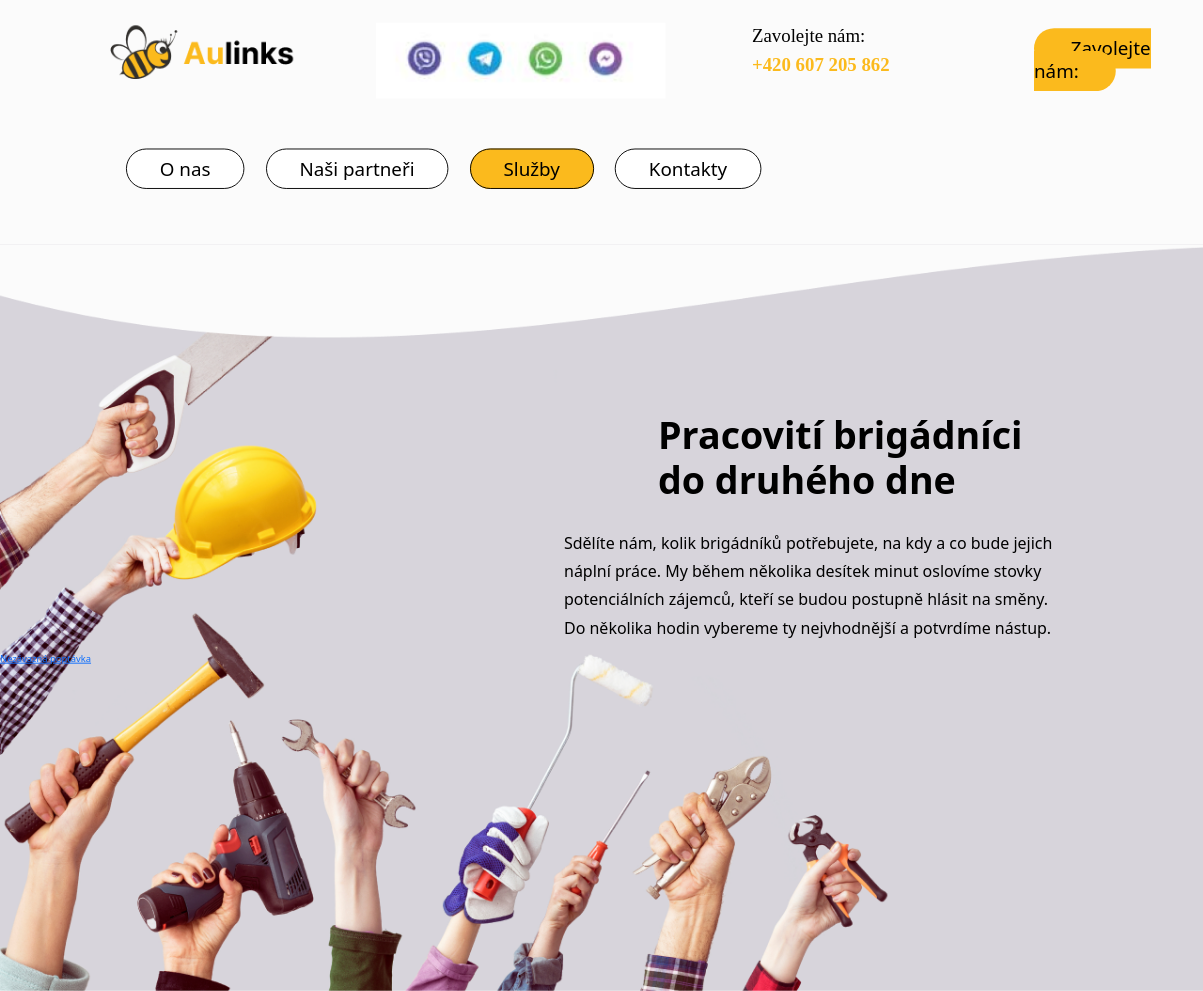
Repository: bilday08/aulinks
Page: index.html
The author's editor kept a copy of each file at every save. The page is drawn from the files as they stood at one save, then again after the next save.
The browser window is 1280 px wide. The pictures show the whole page, at 94% of full size.
Some web fonts or font styles are not loaded; a fallback is used.

Above is the page before, as saved 2022-12-07 13:42:03.

### index.html
<!DOCTYPE html>
<html lang="en">
<head>
    <meta charset="UTF-8">
    <meta http-equiv="X-UA-Compatible" content="IE=edge">
    <meta name="viewport" content="width=device-width, initial-scale=1.0">
    <title>Aulinks</title>
    <link rel="stylesheet" href="./reset.css">
    <link rel="stylesheet" href="./style.css">
    <link
    rel="stylesheet"
    href="https://cdnjs.cloudflare.com/ajax/libs/font-awesome/6.2.0/css/all.min.css"
    integrity="sha512-xh6O/CkQoPOWDdYTDqeRdPCVd1SpvCA9XXcUnZS2FmJNp1coAFzvtCN9BmamE+4aHK8yyUHUSCcJHgXloTyT2A=="
    crossorigin="anonymous"
    referrerpolicy="no-referrer" />
    <link
    href="https://cdn.jsdelivr.net/npm/bootstrap@5.2.1/dist/css/bootstrap.min.css"
    rel="stylesheet"
    integrity="sha384-iYQeCzEYFbKjA/T2uDLTpkwGzCiq6soy8tYaI1GyVh/UjpbCx/TYkiZhlZB6+fzT"
    crossorigin="anonymous">
    <script
    src="https://cdn.jsdelivr.net/npm/bootstrap@5.2.1/dist/js/bootstrap.bundle.min.js"
    integrity="sha384-u1OknCvxWvY5kfmNBILK2hRnQC3Pr17a+RTT6rIHI7NnikvbZlHgTPOOmMi466C8"
    crossorigin="anonymous">
    </script>
    <link rel="preconnect" href="https://fonts.googleapis.com">
    <link rel="preconnect" href="https://fonts.gstatic.com" crossorigin>
    <link
    href="https://fonts.googleapis.com/css2?family=Inter+Tight:ital,wght@0,100;0,200;0,300;0,400;0,500;0,600;0,700;0,800;0,900;1,200;1,300;1,400;1,500;1,600;1,700;1,800;1,900&family=Inter:wght@100;200;300;400;500;600;700;800;900&display=swap"
    rel="stylesheet">
</head>
<body>
    <div class="wrapper">
        <header class="header">
            <div class="container_fluid_header">
                <div class="header__logo">
                    <img class="logo_images" src="./images/Header/logo.png" alt="logo"/>
                    <img class="logo_text" src="./images/Header/logotext.png" alt="logo"/>
                </div>
                <div class="header__contact">
                    <img class="contact_images" src="./images/Header/contact.png" alt="contact">
                </div>
                <div class="header__text">
                    <span class="text_name">Zavolejte nám:</span>
                    <span class="text_number">+420 607 205 862</span>
                </div>
                <div class="header__button">
                    <a href="#" class="button_name">Zavolejte nám:</a>
                </div>
                <div class="herder__button_white">
                    <a href="#" class="button_name_white">O nas</a>
                    <a href="#" class="button_name_white">Naši partneři</a>
                    <a href="#" class="button_name_white button_name_yellow">Služby</a>
                    <a href="#" class="button_name_white">Kontakty</a>
                </div>
            </div>
        </header>
    </div>
    <main>
        <div class="container_fluid_main">
            <div class="main__top_br">
                <img
                src="./images/Main/Rectangle 8 (9).png"
                alt="#" class="main_top_header"/>
                <h1 class="main_text">Pracovití brigádníci do druhého dne</h1>
                <p class="main_content">
                    Sdělíte nám, kolik brigádníků potřebujete,
                    na kdy a co bude jejich náplní práce. My během několika
                    desítek minut oslovíme stovky potenciálních zájemců, kteří
                    se budou postupně hlásit na směny. Do několika hodin vybereme
                    ty nejvhodnější a potvrdíme nástup.
                </p>
                <a href="#" class="main_button">Nezávazná poptávka</a>
            </div>
        </div>
    </main>
</body>
</html>

### style.css
html{
    font-size: 62.5%;
    /* 1rem=10px; */
}
* {
    box-sizing: border-box;
}
body{
    font-family: 'Inter Tight', sans-serif;
}
.container_fluid_header{
    max-width: 100%;
    height: 36rem;
    background-image: url(./images/Header/Rectangle\ 8\ \(10\).png);
    background-repeat: no-repeat;
    background-size: auto;
}
/* .header__logo{
    margin-top: 6rem;
} */
.logo_images{
    margin-left: 11.4rem;
    margin-top: 2rem;
    width: 7.8rem;
    height: 7.1rem;
}
.logo_text{
    margin-top: 2rem;
}
.contact_images{
    margin-left: 40rem;
    margin-top: -7rem;
    width: 30.8rem;
    height: 8.1rem;
}
.header__text{
    margin-left: 80rem;
    margin-top: -8rem;
}
.text_name{
    display: block;
    width: 14.5rem;
    height: 3rem;
    font-family: 'Inter Tight';
    font-weight: 400;
    font-size: 20px;
    line-height: 24px;
    color: black;
}
.text_number{
    color: #FBBA1D;
    width: 18.5rem;
    height: 2.4rem;
    font-family: 'Inter Tight';
    font-style: normal;
    font-weight: 700;
    font-size: 20px;
    line-height: 24px;
}
.header__button{
    margin-left: 110rem;
    margin-top: -4rem;
}
.button_name{
    text-align: center;
    text-decoration: none;
    padding: 0.8rem 3.9rem;
    color: black;
    background-color: #FBBA1D;
    width: 22.3rem;
    height: 4.1rem;
    font-weight: 400;
    font-size: 20px;
    line-height: 24px;
    border-radius: 30px;
}
.herder__button_white{
    margin-top: 8rem;
    margin-left: 11.4rem;
}
.button_name_white{
    text-decoration: none;
    text-align: center;
    color: black;
    background-color: white;
    padding: 0.7rem 3.5rem;
    width: 19rem;
    height: 4rem;
    font-weight: 400;
    font-size: 20px;
    line-height: 24px;
    border-radius: 30px;
    border: 1px solid #000000;
    margin-left: 2rem;
}
.button_name_yellow{
    background-color: #FBBA1D;
}
.main_top_header{
    max-width: 100%;
    object-fit: contain;
    margin-left: 0;
}
.container_fluid_main{
    max-width: 100%;
    height: 79.4rem;
    background-image: url(./images/Main/brmain.png);
    object-fit: cover;
    margin-top: -10em;
}
.main_text{
    width: 42.7rem;
    height: 9.6rem;
    font-weight: 600;
    font-size: 40px;
    line-height: 48px;
    color: #000000;
    margin-left: 70rem;
    margin-top: 8rem;
}
.main_content{
    width: 53.5rem;
    height: 12rem;
    font-weight: 400;
    font-size: 17px;
    line-height: 30px;
    color: #000000;
    margin-top: 2.8rem;
    margin-left: 60rem;
}

Loaded but not shown: reset.css (common file)

After the next save:
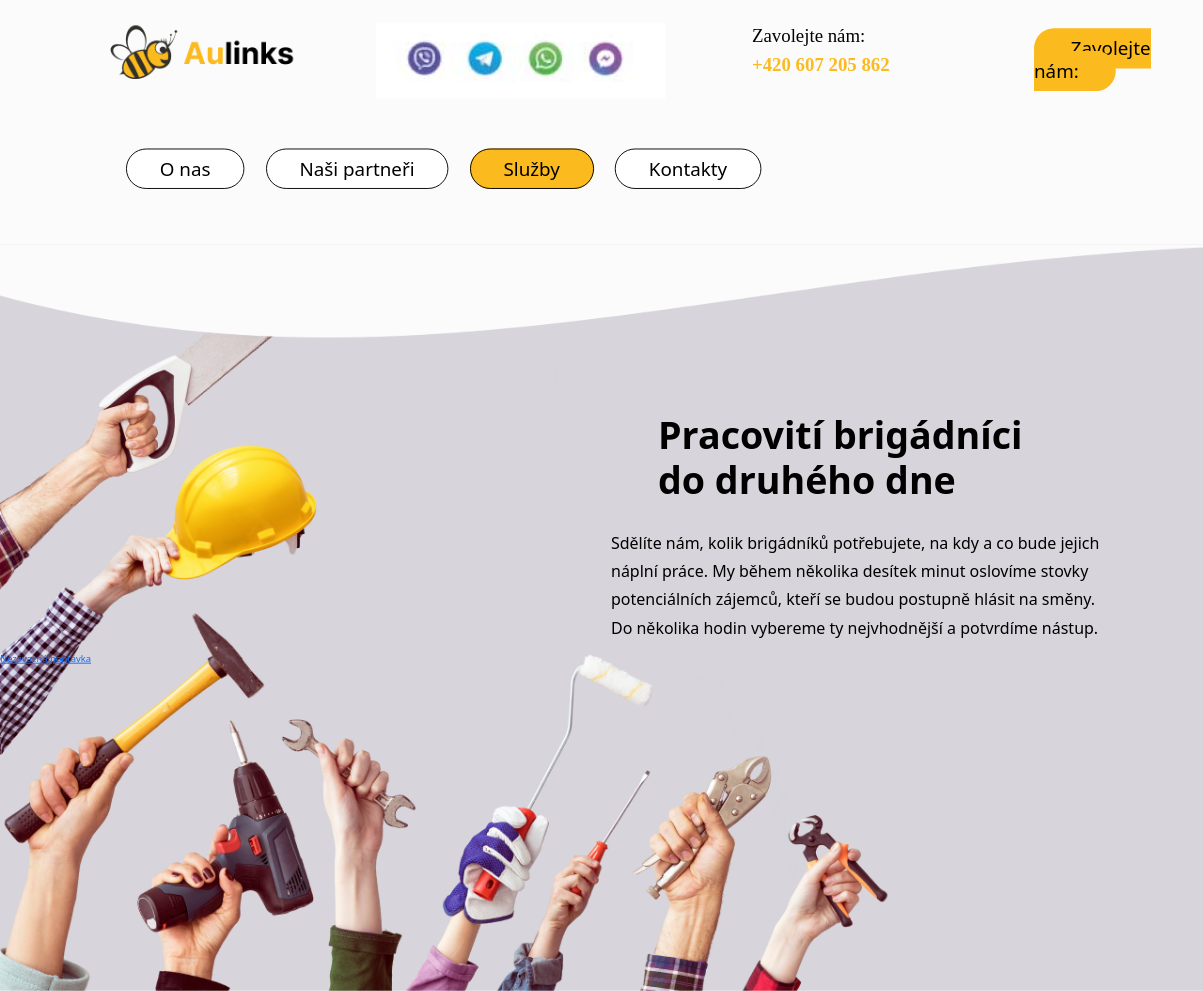
Saved 10 s later.
--- a/style.css
+++ b/style.css
@@ -126,5 +126,5 @@
     line-height: 30px;
     color: #000000;
     margin-top: 2.8rem;
-    margin-left: 60rem;
+    margin-left: 65rem;
 }
